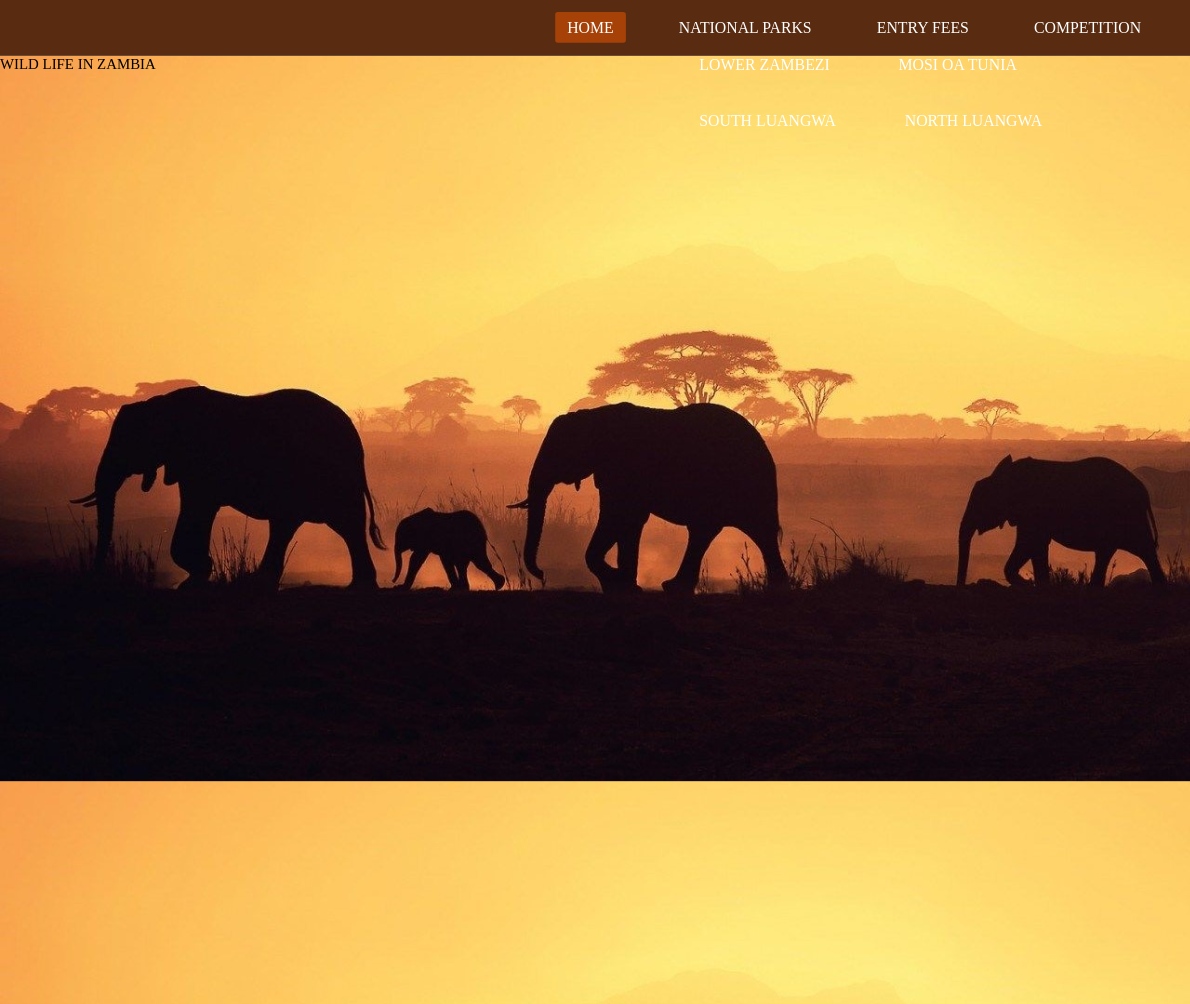
Repository: Lungdjos/web_assignment_3rd_yr
Page: home/index.html
These files come from the project's save history. The page is drawn as it stood at one moment and after the next save; the edit follows.
The browser window is 1280 px wide. The pictures show the whole page, at 93% of full size.
Some web libraries are served in a nearby version.

Above is the page before, as saved 2021-06-17 17:34:50.

### home/index.html
<!DOCTYPE html>
<html lang="en">

<head>
    <meta charset="UTF-8">
    <meta http-equiv="X-UA-Compatible" content="IE=edge">
    <meta name="viewport" content="width=device-width, initial-scale=1.0">
    <link rel="stylesheet" href="index.css">


    <title>Home</title>
    <script src="https://kit.fontawesome.com/a076d05399.js"></script>
</head>

<body>
    <nav>
        <input type="checkbox" id="check">
        <label for="check" class="checkbtn">
            <i class="fas fa-bars"></i>
        </label>
        <label class="logo">  </label>

        <ul>
            <li><a class="active" href="#">Home</a></li>
            <li><a href="/national parks/national_parks.html">National Parks</a>
                <ul class="inline">
                    <li>
                        <a href="/national parks/lower_zambezi/Lower_Zambezi.html">Lower Zambezi</a>
                    </li>
                    <li>
                        <a href="/national parks/mosi-oa-tunia/Mosi-oa-Tunya.html">Mosi oa Tunia</a>
                    </li>
                    <li>
                        <a href="/national parks/south_luangwa/South_Luangwa.html">South Luangwa</a>
                    </li>
                    <li>
                        <a href="/national parks/north_luangwa/North_Luangwa.html">North Luangwa</a>
                    </li>
                </ul>
            </li>
            <li><a href="/entry fee/entry_fee.html">Entry Fees</a></li>
            <li><a href="/competition/competition.html">Competition</a></li>

        </ul>
    </nav>
    <section>
        <p class="welcome">WILD LIFE IN ZAMBIA</p>
    </section>




</body>

</html>

### home/index.css
* {
    padding: 0;
    margin: 0;
    text-decoration: none;
    box-sizing: border-box;
}

body {
    font-family: montserrat;
}

nav {
    background: #592C12;
    height: 60px;
    width: 100%;
}

label.logo {
    color: white;
    font-size: 35;
    line-height: 60px;
    padding: 0 100px;
    font-weight: bold;
}

nav ul {
    float: right;
    margin-right: 20px;
}

nav ul li {
    display: inline-block;
    line-height: 60px;
    margin: 0 20px;
}

nav ul li a {
    color: white;
    font-size: 17px;
    padding: 7px 13px;
    border-radius: 3px;
    text-transform: uppercase;
}

a.active,
a:hover {
    background: #A64208;
    transition: 0.5s;
}

.checkbtn {
    font-size: 30px;
    color: white;
    float: right;
    line-height: 60px;
    margin-right: 40px;
    cursor: pointer;
    display: none;
}

#check {
    display: none;
}

@media (max-width: 1080px) {
    label.logo {
        font-size: 30px;
        padding-left: 50px;
    }
    nav ul li a {
        font-size: 16px;
    }
}

@media (max-width: 1080px) {
    .checkbtn {
        display: block;
    }
    ul {
        position: fixed;
        width: 100%;
        height: 100vh;
        background: #592C12;
        top: 80px;
        left: -100%;
        text-align: center;
        transition: all 0.5s;
    }
    nav ul li {
        display: block;
        margin: 50px 0;
        line-height: 30px;
    }
    nav ul li a {
        font-size: 20px;
        font-family: Arial, Helvetica, sans-serif;
    }
    a:hover,
    a.active {
        background: none;
        color: #F2D1B3;
    }
    #check:checked~ul {
        left: 0;
    }
}

section {
    background: url(/assets/images/elephants.jpg);
    background-size: no repeat;
    height: calc(150vh - 60px);
}


/**New Content Added*/

nav ul li ul a {
    display: block;
    padding: 0 15px;
    color: white;
    text-decoration: none;
}

nav ul ul {
    position: absolute;
    top: 40px;
}

After the next save:
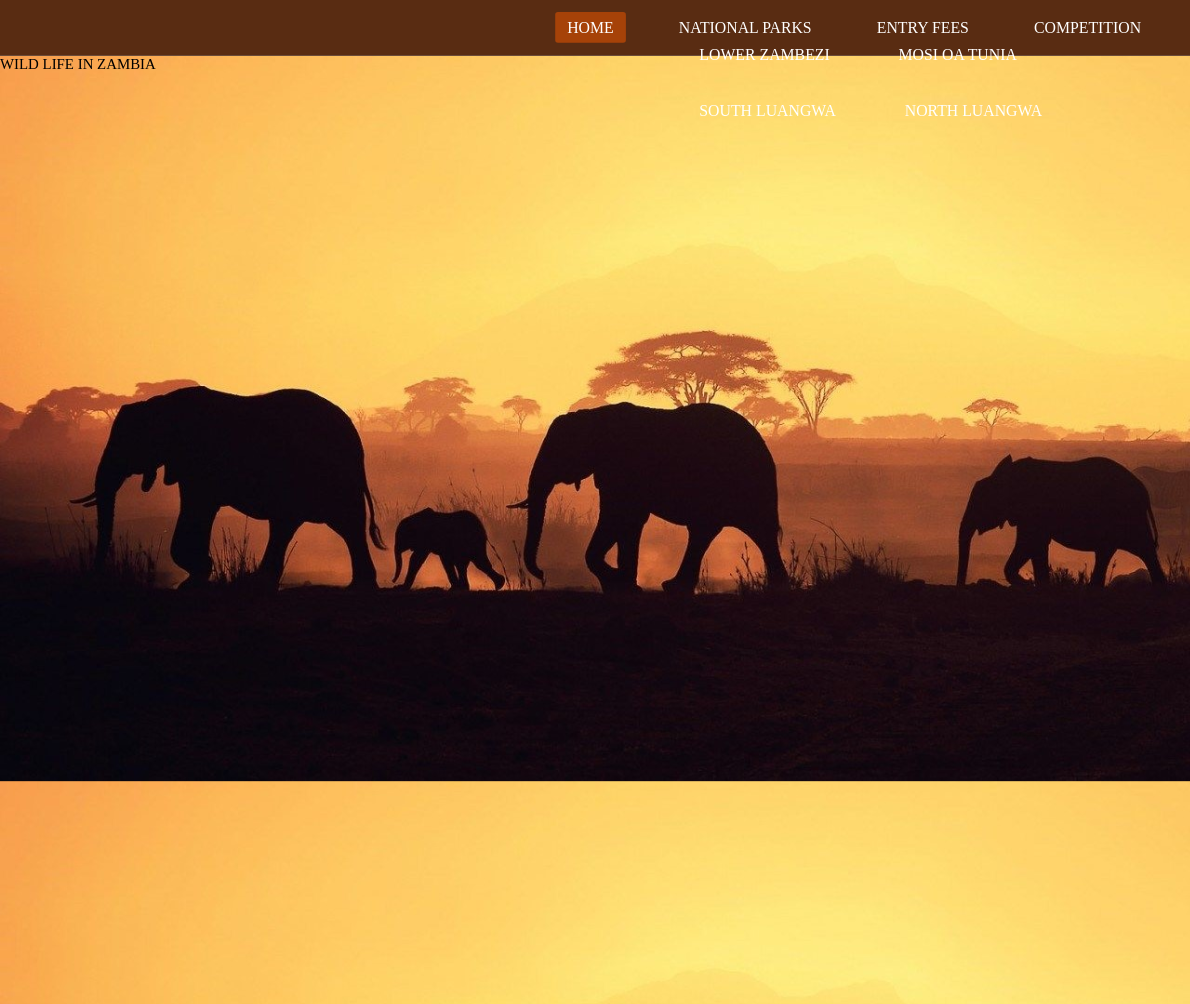
Saved 21 s later.
--- a/home/index.css
+++ b/home/index.css
@@ -123,5 +123,5 @@ nav ul li ul a {
 
 nav ul ul {
     position: absolute;
-    top: 40px;
+    top: 30px;
 }
